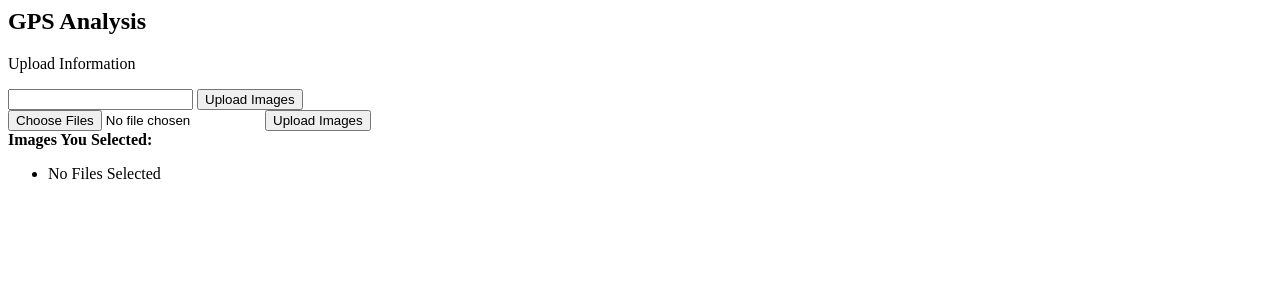
Repository: hanjangchen/Raspberry
Page: prjGAEGPSAnalysis/prjGPSAnalysis/src/static/my_ng_templates/desktop/index_data_analysis.html
These files come from the project's save history. The page is drawn as it stood at one moment and after the next save; the edit follows.
The browser window is 1280 px wide. The pictures show the whole page.

Above is the page before, as saved 2014-11-03 00:03:46.
Console error: ReferenceError: $ is not defined

### prjGAEGPSAnalysis/prjGPSAnalysis/src/static/my_ng_templates/desktop/index_data_analysis.html
<!-- sub-template for index page -->
<div>
	<h2>GPS Analysis</h2>
</div>

<!-- content block -->
<div class="container-fluid" ng-controller = "myIndexTwoCtrl as ctrl">
	<div class="row">
		<div class="col-xs-1 col-sm-1 col-md-1 col-lg-1 ">
		</div>
		<div class="col-xs-10 col-sm-10 col-md-10 col-lg-10 text-center">
			<p>Upload Information</p>
			<!-- upload images -->
			<div class="col-xs-12 col-sm-12 col-md-12 col-lg-12 form-group text-center">
				<input type="text" ng-model="images_data_to_upload" class="col-xs-12 col-sm-12 col-md-12 col-lg-12 form-control ">
				<input type="button" value="Upload Images" ng-click= "ctrl.upload_img_to_blobstore()" class="col-xs-12 col-sm-12 col-md-12 col-lg-12 btn btn-default " >
			</div>

			<!-- upload -->
			<div class="col-xs-12 col-sm-12 col-md-12 col-lg-12 form-group text-center">
				<input type="file" id="images_for_upload" name="images_for_upload"
					multiple="true" value="Add Images" accept="image/*"
					required="required" class="col-xs-12 col-sm-12 col-md-12 col-lg-12 btn btn-default" >

				<input type="button" id="btn_upload"
					value="Upload Images" class="col-xs-12 col-sm-12 col-md-12 col-lg-12 btn btn-default">
			</div>
			<div class="col-xs-12 col-sm-12 col-md-12 col-lg-12">
				<strong>Images You Selected:</strong>
				<ul id="files_list" class="list-control col-xs-12 col-sm-12 col-md-12 col-lg-12 text-center">
					<li class="list-group-item">No Files Selected</li>
				</ul>
			</div>
			<div class="col-xs-12 col-sm-12 col-md-12 col-lg-12 ">
				<table id="photo_table">
				</table>
			</div>
		</div>
		<div class="col-xs-1 col-sm-1 col-md-1 col-lg-1">
		</div>
	</div>
</div>

<!-- js libs -->
<script type="text/javascript" src="/js/plugin_mis/numeric-1.2.6.min.js"></script>
<script type="text/javascript" src="/js/plugin_mis/particle_swarm_optimization.js"></script>
<script type="text/javascript" src="/js/index_data_analysis.js"></script>

### prjGAEGPSAnalysis/prjGPSAnalysis/src/static/javascripts/plugin_mis/particle_swarm_optimization.js
/*
 *  Particles Swarm Optimization
 *  This is a standard PSO to find out optimal solution through out the stochastic spaces
 *  PS: Current test function is (0.007 * x_1 * (-x_2 -1)) * ( cos(x_1 + 0.3) - sin(x_2))+(1 - sin(x_1)) and the optimal value is around -1.798
 * */

var particles_swarm_optimization = {

		// configuration
		config : {
			parameters_range : [[-15, -15],[15, 15]], // ranges of particles;
														// row 1 represent low
														// boundary and row 2
														// represent up boundary
			particles_size : 60, // size of particles swarm
			iteration : 50, // iteration number
			max_min_factor : -1, // 1 means to find max; -1 means to find min
			Emax : Number.MAX_VALUE, // maximum value
			Emin : -Number.MAX_VALUE, // minimum value
			Type : 0, // 0 for real number; 1 for integer

			c1 : 2.05, // cognitive parameter (original value; would be
						// replaced by linear change)
			c2 : 4.1 - 2.05, // c2 = 4.1 - c1 // social parameter (original
								// value; would be replaced by linear change)
			constriction_factor : 0.729, // constrain factor

			diff_of_ranges : [], // ranges of each parameter (from low
									// boundary to up boundary)
			up_boundaries : [], //
			low_boundaries : [], // low boundary

			particles_values : [], // values set of particles
			particles_initial_values : [], // initial values set of particles

			particles_velocity : [], // velocity set of particles
			particles_initial_velocity : [], // can be zero or certain
												// reasonable values based on
												// each particle range

			performance_index_set : [], // performance index set
			performance_initial_index_set : [], // initial performance index set

			learning_rate : 0, // learning rate
			learning_rate_self_param_min : 0.4, // minimum learning rate of
												// particle itself
			learning_rate_self_param_max : 0.9, // maximum learning rate of
												// particle itself
			learning_rate_cognitive_min : 1.9, // minimum learning rate of
												// cognitive parameter
			learning_rate_cognitive_max : 2.1, // maximum learning rate of
												// cognitive parameter
			learning_rate_cognitive : 0,
			learning_rate_social : 0,
			learning_rate_self : 0,

			min_cost : 0, // minimum cost
			min_cost_set : [],
			mean_cost : 0, // mean value
			mean_cost_set : [],
			RMS_cost : 0, // root-mean-square cost
			RMS_cost_set : [],

			local_optimal : 0, // local optimal
			index_local_optimal : 0, // index of global optimal in particles
										// set
			global_optimal : 0, // global optimal
			index_global_optimal : 0, // index of global optimal
			local_optimal_value_set : [],
			local_optimal_particles_set : [],
			global_optimal_value_set : [],
			global_optimal_particles_set : [],

		},

		// initialization function
		init_pso : function(){
			/* new */
			this.config.low_boundaries = this.config.parameters_range[0];
			this.config.up_boundaries = this.config.parameters_range[1];
			this.config.diff_of_ranges = numeric.sub(this.config.up_boundaries, this.config.low_boundaries);

			// init particles' values
			this.config.particles_values = numeric.random([this.config.particles_size, this.config.parameters_range[0].length]);
			this.config.particles_values = numeric.dotMMbig(this.config.particles_values, [[this.config.diff_of_ranges[0], 0], [0, this.config.diff_of_ranges[1]]]);
			var temp_low_boundaries_matrix = numeric.rep([this.config.particles_size], this.config.low_boundaries);
			this.config.particles_values = numeric.add(this.config.particles_values, temp_low_boundaries_matrix);

			// init particles velocity
			this.config.particles_velocity = numeric.rep([this.config.particles_size], [0, 0]);

			// evaluate init particles set
			for(var ith = 0; ith < this.config.particles_size; ith++){
				temp_particle_values = this.config.particles_values[ith];

				var performance_index = (0.007 * temp_particle_values[0] * (-temp_particle_values[1]-1)) * (Math.cos(temp_particle_values[0]+0.3) - Math.sin(temp_particle_values[1]))+(1-Math.sin(temp_particle_values[0]));
				if (performance_index > this.config.Emax){
					performance_index = this.config.Emax;
				}
				if (performance_index < this.config.Emin){
					performance_index = this.config.Emin;
				}
				this.config.performance_initial_index_set.push(performance_index);
			}

			// update optimal
			var temp_cost = numeric.mul(- this.config.max_min_factor, this.config.performance_initial_index_set);
			this.config.min_cost = Math.min.apply(Math, temp_cost);
			this.config.min_cost_set = numeric.rep([this.config.particles_size], this.config.min_cost);
			this.config.global_optimal = this.config.min_cost;
			var temp_min_index = temp_cost.indexOf(this.config.min_cost);
			var temp_optimal_particle = this.config.particles_values[temp_min_index];

			this.config.local_optimal_particles_set = numeric.rep([this.config.particles_size], temp_optimal_particle);
			this.config.global_optimal_particles_set = this.config.local_optimal_particles_set;
			this.config.local_optimal_value_set = numeric.rep([this.config.particles_size], this.config.min_cost);

			this.config.mean_cost = numeric.sum(temp_cost) / this.config.particles_size;

		},

		// go through iteration
		go_iteration : function(){
			for(var ith = 0; ith < this.config.iteration; ith++ ){
				this.config.learning_rate_self = this.config.learning_rate_self_param_max - (this.config.learning_rate_self_param_max - this.config.learning_rate_self_param_min) * (ith + 1) / this.config.iteration;

				this.config.learning_rate_cognitive = this.config.learning_rate_cognitive_max - (this.config.learning_rate_cognitive_max - this.config.learning_rate_cognitive_min) * (ith + 1) / this.config.iteration; //
				this.config.learning_rate_social = 4.1 - this.config.learning_rate_cognitive;

				var random_factor_cognitive = numeric.random([this.config.particles_size, this.config.parameters_range[0].length]);
				var random_factor_social = numeric.random([this.config.particles_size, this.config.parameters_range[0].length]);

				var temp_updated_velocity = [];
				var updated_self_learning_rate = numeric.mul(this.config.learning_rate_self, this.config.particles_velocity);

				var updated_cognitive_learning_rate = numeric.sub(this.config.local_optimal_particles_set, this.config.particles_values );
				updated_cognitive_learning_rate = numeric.mul(this.config.learning_rate_cognitive, random_factor_cognitive, updated_cognitive_learning_rate);

				var updated_social_learning_rate = numeric.sub(this.config.global_optimal_particles_set, this.config.particles_values);
				updated_social_learning_rate = numeric.mul(this.config.learning_rate_social, random_factor_social, updated_social_learning_rate);

				temp_updated_velocity = numeric.add(updated_self_learning_rate, updated_cognitive_learning_rate, updated_social_learning_rate);

				// update velocity
				this.config.particles_velocity = numeric.mul(this.config.constriction_factor, temp_updated_velocity);


				// update particles' values
				this.config.particles_values = numeric.add(this.config.particles_values, this.config.particles_velocity);


				// find out values outside boundaries
				var low_boundaries_set = numeric.rep([this.config.particles_size], this.config.low_boundaries);
				var up_boundaries_set = numeric.rep([this.config.particles_size], this.config.up_boundaries);

				var outside_min_boundary = numeric.leq(this.config.particles_values, low_boundaries_set);
				var not_outside_min_boundary = numeric.not(outside_min_boundary);
				var min_replaced_values = numeric.mul(outside_min_boundary, low_boundaries_set);
				var min_original_values = numeric.mul(not_outside_min_boundary, this.config.particles_values);

				this.config.particles_values = numeric.add(min_replaced_values, min_original_values);

				var outside_max_boundary = numeric.geq(this.config.particles_values, up_boundaries_set);
				var not_outside_max_boundary = numeric.not(outside_max_boundary);
				var max_replaced_values = numeric.mul(outside_max_boundary, up_boundaries_set);
				var max_original_values = numeric.mul(not_outside_max_boundary, this.config.particles_values);

				this.config.particles_values = numeric.add(max_replaced_values, max_original_values);

				// evaluate performance
				var temp_particle_values = 0;
				this.config.performance_index_set = [];
				for(var jth = 0; jth < this.config.particles_size; jth++){
					temp_particle_values = this.config.particles_values[jth];

					var performance_index = (0.007 * temp_particle_values[0] * (-temp_particle_values[1] - 1)) * (Math.cos(temp_particle_values[0] + 0.3) - Math.sin(temp_particle_values[1])) + (1 - Math.sin(temp_particle_values[0]));
					if (performance_index > this.config.Emax){
						performance_index = this.config.Emax;
					}
					if (performance_index < this.config.Emin){
						performance_index = this.config.Emin;
					}
					this.config.performance_index_set.push(performance_index);
				}

				//
				var temp_cost_set = numeric.mul(- this.config.max_min_factor, this.config.performance_index_set);


				var temp_better_cost_set = numeric.lt(temp_cost_set, this.config.local_optimal_value_set);
				var not_temp_better_cost_set = numeric.not(temp_better_cost_set);
				var replaced_cost_set = numeric.mul(temp_better_cost_set, temp_cost_set);
				var original_cost_set = numeric.mul(not_temp_better_cost_set, this.config.local_optimal_value_set);
				this.config.local_optimal_value_set = numeric.add(replaced_cost_set, original_cost_set);

				var better_cost_set = numeric.transpose([temp_better_cost_set, temp_better_cost_set]);
				better_cost_set = numeric.mul(better_cost_set, this.config.particles_values);
				var not_better_cost_set = numeric.transpose([not_temp_better_cost_set, not_temp_better_cost_set]);
				not_better_cost_set = numeric.mul(not_better_cost_set, this.config.local_optimal_particles_set);
				this.config.local_optimal_particles_set = numeric.add(better_cost_set, not_better_cost_set);


				var temp_optimal = Math.min.apply(Math, this.config.local_optimal_value_set);
				var temp_optimal_index = this.config.local_optimal_value_set.indexOf(temp_optimal);
				var pre_global_optimal = this.config.global_optimal;
				if (temp_optimal < this.config.global_optimal){
					this.config.global_optimal = temp_optimal;
					this.config.global_optimal_particles_set = numeric.rep([this.config.particles_size], this.config.particles_values[temp_optimal_index]);

					if (Math.abs(temp_optimal - pre_global_optimal) < numeric.epsilon){
						break;
					}
				}
			}
		},

		// start optimization
		start_optimization : function(){
			this.init_pso();
			this.go_iteration();
			console.log(JSON.stringify(this.config.global_optimal,2,2));
		}
}

// test
particles_swarm_optimization.start_optimization();

### prjGAEGPSAnalysis/prjGPSAnalysis/src/static/javascripts/index_data_analysis.js
(function() {
	/* JQuery */
	var ary_img_description = {};
	var has_images_to_upload = false;

	var input = document.getElementById("images_for_upload");
	var valid_files_ul = $("#valid_files_list");
	var invalid_files_ul = $("#invalid_files_list");

	$('#images_for_upload')
			.change(
					function() {
						//
						var toolarge = "";
						var maxsize = 1024000;

						//
						if (valid_files_ul.children().length > 0) {
							valid_files_ul.empty();
						}
						if (invalid_files_ul.children().length > 0) {
							invalid_files_ul.empty();
						}

						//
						for ( var i = 0; i < input.files.length; i++) {
							if (input.files[i].size > maxsize) {
								toolarge += input.files[i].name + "\n";
								invalid_files_ul.append("<li class='list-group-item'>" + input.files[i].name + "</li>");

							} else {
								valid_files_ul.append("<li class='list-group-item'>" + input.files[i].name + "</li>");
								ary_img_description[i] = {"label" : "", "content" : "" };

								// update the flag
								has_images_to_upload = true;
							}
						}

						//
						if (valid_files_ul.children().length <= 0) {
							valid_files_ul.append("<li class='list-group-item'>No Files Selected</li>");
						}
						if (invalid_files_ul.children().length <= 0) {
							invalid_files_ul.append("<li class='list-group-item'>No Invalid Files</li>");
						}

						//
						if (toolarge !== "") {
							alert("These images were not uploaded due to size limit of 1MB\n"
									+ toolarge);
						}
					});

	$('#btn_upload').click(function() {
		var input = document.getElementById("images_for_upload");
		var maxsize = 1024000;
		var requests = [];
		var upload_block = $('#processing_cover');

		if (input.files.length <= 0 && has_images_to_upload) {
			alert('No data for upload');
		} else {
			// popup cover
			upload_block.css({
				'display' : 'block'
			});
			for ( var i = 0; i < input.files.length; i++) {
				if (input.files[i].size < maxsize) {
					var filedata = new FormData();
					filedata.append("image_for_upload", input.files[i]);

					//
					requests.push($.ajax({
									url : upload_url,
									data : filedata,
									cache : false,
									contentType : false,
									processData : false,
									type : 'POST',
									success : handle_successful_ajax,
									error : handle_failed_ajax
					}));

					// handle requests response
					$.when.apply(undefined, requests).done(function(results){
							console.log(JSON.stringify(results,2,2));
							// popup cover
							upload_block.css({
								'display' : 'none'
							});

							// update the flag
							has_images_to_upload = false;

							// update list
							valid_files_ul.empty();
							invalid_files_ul.empty();
						});
				}
			}
		}
	});

	function handle_successful_ajax(response){
		var data = JSON.parse(response);
		imagelinks = data['img_urls'];
		img_title = data['img_title'];
		img_description = data['img_description'];
		console.log(imagelinks);
		for ( var i = 0; i < imagelinks.length; i++) {
			$('#photo_table')
					.append(
							'<tr><td><img class="img-responsive" style="width: 400px;" src=' + imagelinks[i] + '> </td>' + '<td><h4>Image Title</h4><p style="font-size: 13px;">'+ img_title +'</p>' + '<h4>Image Description</h4><p style="font-size: 13px;">' + img_description + '</p>' +  '</td></tr>');
		}
	}

	function handle_failed_ajax(response){
		console.log(JSON.stringify(response,2,2));
	}
})();

Loaded but not shown: prjGAEGPSAnalysis/prjGPSAnalysis/src/static/javascripts/plugin_mis/numeric-1.2.6.min.js (library)

After the next save:
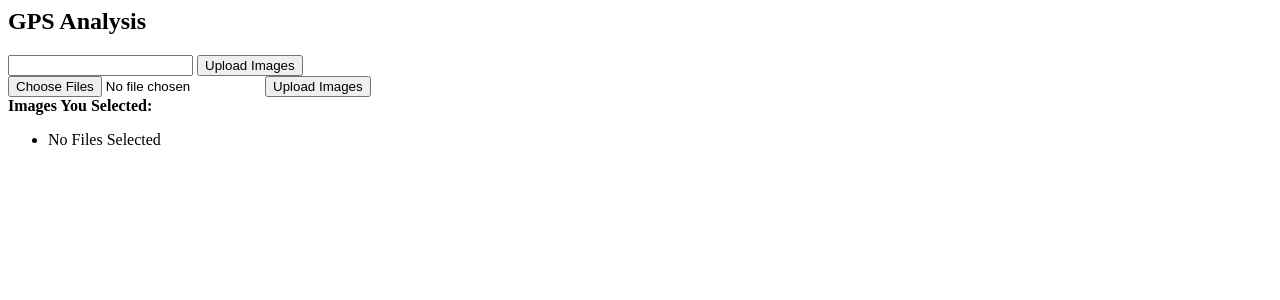
Saved 2 min 9 s later.
--- a/prjGAEGPSAnalysis/prjGPSAnalysis/src/static/my_ng_templates/desktop/index_data_analysis.html
+++ b/prjGAEGPSAnalysis/prjGPSAnalysis/src/static/my_ng_templates/desktop/index_data_analysis.html
@@ -9,7 +9,6 @@
 		<div class="col-xs-1 col-sm-1 col-md-1 col-lg-1 ">
 		</div>
 		<div class="col-xs-10 col-sm-10 col-md-10 col-lg-10 text-center">
-			<p>Upload Information</p>
 			<!-- upload images -->
 			<div class="col-xs-12 col-sm-12 col-md-12 col-lg-12 form-group text-center">
 				<input type="text" ng-model="images_data_to_upload" class="col-xs-12 col-sm-12 col-md-12 col-lg-12 form-control ">
